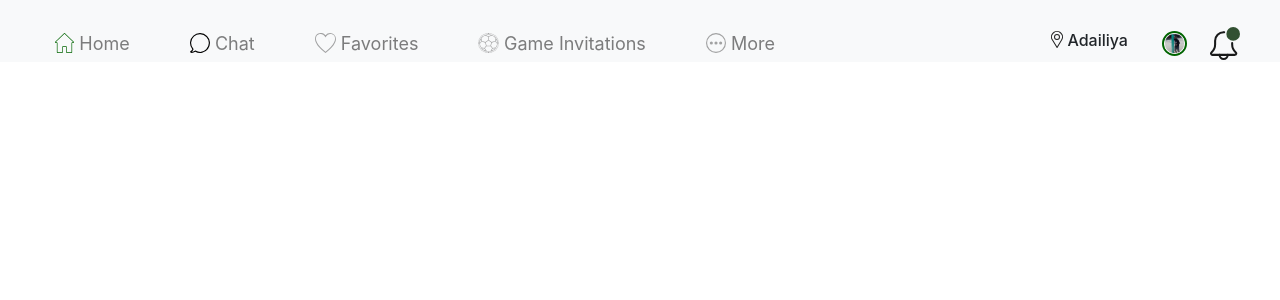
Repository: usman-yousuf/football-website
Page: Home/home.html
These files come from the project's save history. The page is drawn as it stood at one moment and after a run of saves; the edit follows.
The browser window is 1280 px wide. The pictures show the whole page.

Above is the page before, as saved 2021-08-18 11:27:59.
Console error: ReferenceError: $ is not defined

After the next 2 saves:
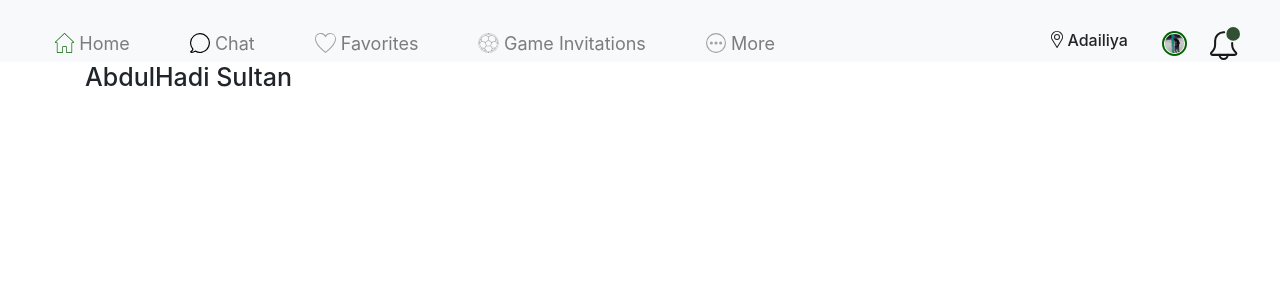
The 2 saves are shown as one change because they came seconds apart.
The last was saved 5 s later.
--- a/Home/home.html
+++ b/Home/home.html
@@ -153,7 +153,7 @@
     <div class="container">
       <div class="row">
         <div class="col-lg-4">
-          <h1></h1>
+          <h1>AbdulHadi Sultan</h1>
         </div>
       </div>
     </div>
